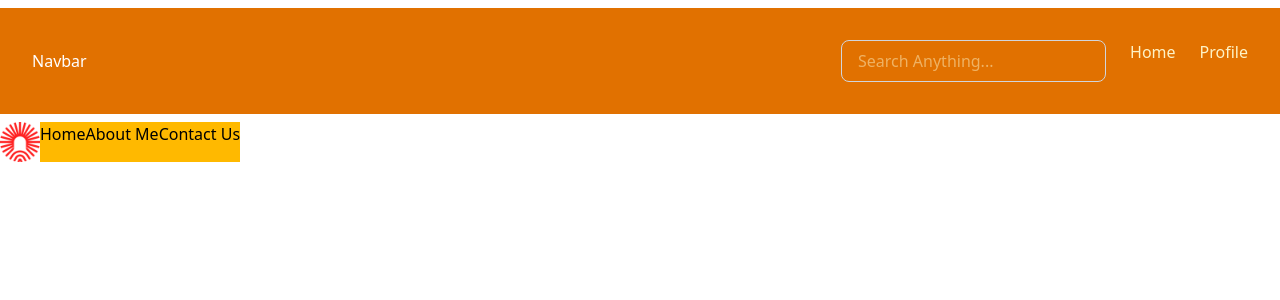
Repository: samit2059/CollegeReact
Page: / (app in react/collegereact/)
The author's editor kept a copy of each file at every save. The page is drawn from the files as they stood at one save, then again after a run of saves.
The browser window is 1280 px wide. The pictures show the whole page.
The project was rebuilt for these pictures with package versions that can differ from the ones it lists, and the page was loaded fresh each time. Also part of the build but not shown: react/collegereact/vite.config.js, react/collegereact/src/App.jsx, react/collegereact/src/navbar.jsx, react/collegereact/src/Props Example/First.jsx, react/collegereact/src/StateExamples/profile.jsx, react/collegereact/src/Props Example/Second.jsx.

Above is the page before, as saved 2026-01-24 21:58:50.

After the next 3 saves:
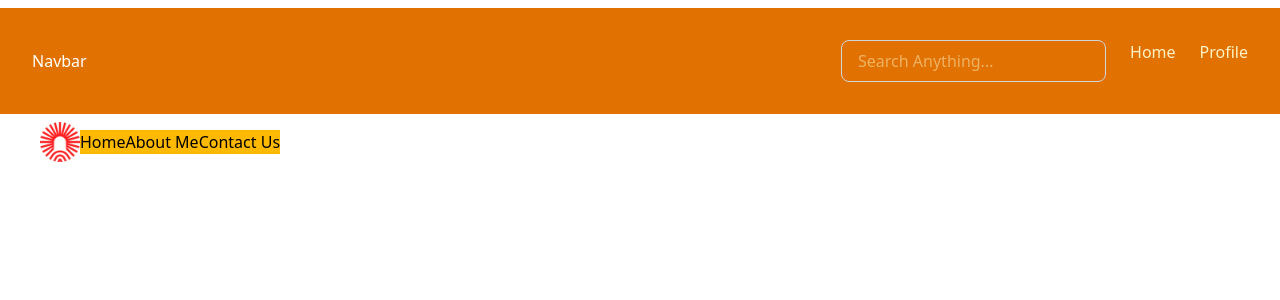
The 3 saves are shown as one change because they came seconds apart.
The last was saved 71 s later.
--- a/react/collegereact/src/day4/header.jsx
+++ b/react/collegereact/src/day4/header.jsx
@@ -3,7 +3,7 @@ import Logo from '../assets/Logo.png'
 const Header = () => {
   return (
     <div className='flex '>
-      <header className='flex justify-around'>
+      <header className='flex justify-around items-center px-10'>
         <div>
             <img src={Logo} alt="nothing" width={40} height={40}/>
         </div>
